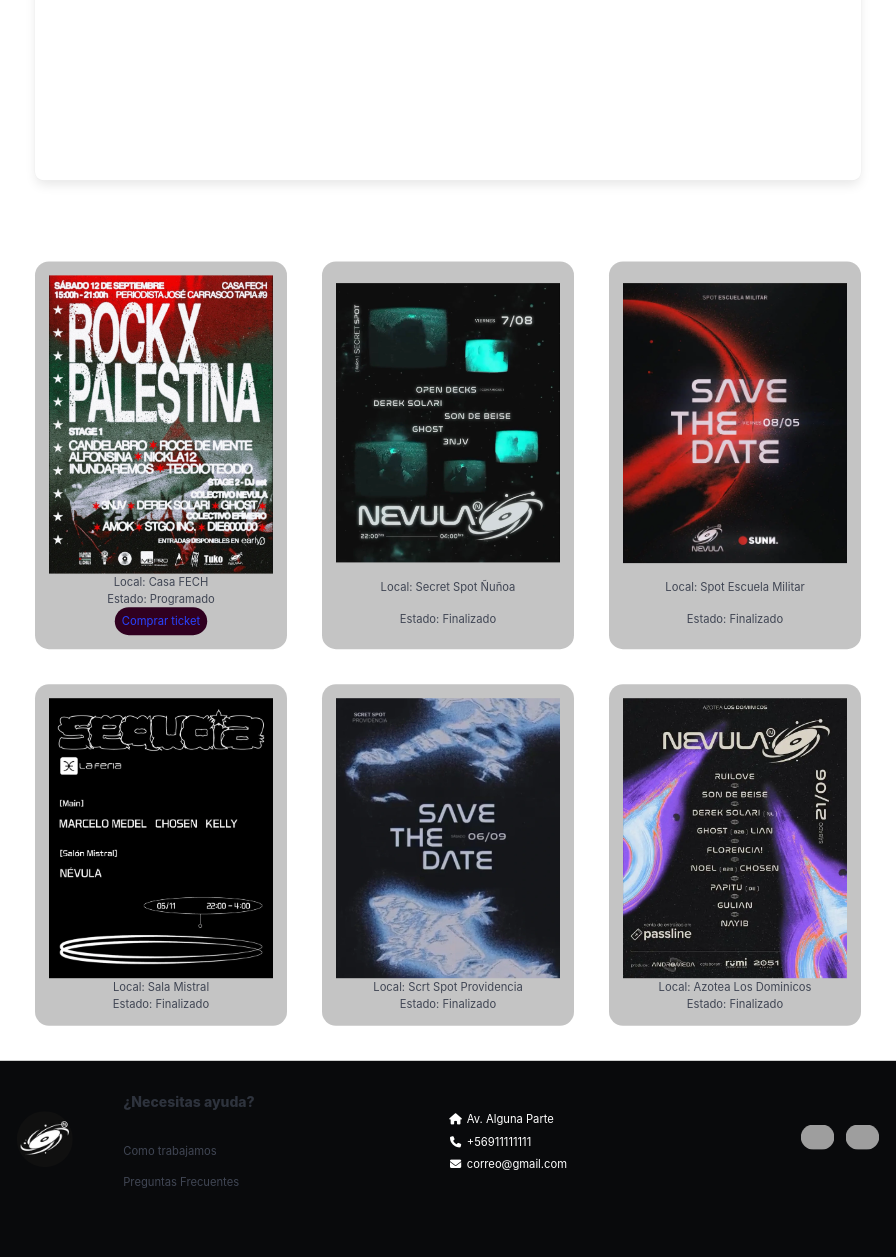
Repository: ChrisMalhue/PaginaNebula
Page: pages/eventos.html
These files come from the project's save history. The page is drawn as it stood at one moment and after a run of saves; the edit follows.
The browser window is 1280 px wide. The pictures show the part of the page from y = 808 to 2728 px (the page is 2603 px tall before and 3323 px after), at 70% of full size.
Pictures or frames that could not be fetched are drawn as grey boxes.

Above is the page before, as saved 2026-09-09 22:07:46.

### pages/eventos.html
<!DOCTYPE html>
<html lang="es">
<head>
    <meta charset="UTF-8">
    <meta name="viewport" content="width=device-width, initial-scale=1.0">
    <title>Eventos</title>
    <link rel="stylesheet" href="../styles/style.css">
    <link rel="stylesheet" href="https://cdn.jsdelivr.net/npm/bulma@1.0.4/css/bulma.min.css">
    <link rel="stylesheet" href="https://cdnjs.cloudflare.com/ajax/libs/font-awesome/6.5.1/css/all.min.css">
</head>
<body>
    <header id ="header"></header>

    <section id="trabajamos">

        <div class="trabajamos-item box mb-4">
                <p class="trabajamos-respuesta is-size-3 has-text-white">
                    En Nevula no improvisamos el viaje: cada evento parte con una órbita clara. Escuchamos tu idea, entendemos la energía que buscas y armamos el set pensando en tu público, no en una fórmula genérica. Llegamos con anticipación, probamos cada equipo y nos aseguramos de que todo esté listo para el despegue. Desde la primera conversación hasta el último track, trabajamos codo a codo contigo para que tu fiesta llegue nítida, potente y sin turbulencias.
                    <br>
                    <br>
                    Nuestro proceso es simple y directo:
                    <br>
                    <br>
                    1) Conocemos tu evento — hablamos contigo sobre el estilo, el público y la vibra que buscas.
                    <br>
                    2) Preparamos el set — seleccionamos música pensada exclusivamente para esa noche.
                    <br>
                    3) Llegamos antes — instalamos y probamos el equipo con tiempo de sobra.
                    <br>
                    4) Hacemos que la fiesta vuele — nos entregamos 100% para que la energía no baje hasta el final.
                </p>
        </div>
    </section>

    <section id="fotos">
        <div>
            <img src="/images/evento6.webp" alt="Evento 6">
            <p>Local: Casa FECH</p>
            <p>Estado: Programado</p>
            <a href="https://pro.byearly.com/"><button>Comprar ticket</button></a>
        </div>

        <div>
            <img src="/images/evento5.webp" alt="Evento 5">
            <p>Local: Secret Spot Ñuñoa</p>
            <p>Estado: Finalizado</p>
        </div>

        <div>
            <img src="/images/evento4.webp" alt="Evento 4">
            <p>Local: Spot Escuela Militar</p>
            <p>Estado: Finalizado</p>
        </div>

        <div>
            <img src="/images/evento3.webp" alt="Evento 3">
            <p>Local: Sala Mistral</p>
            <p>Estado: Finalizado</p>
        </div>

        <div>
            <img src="/images/evento2.webp" alt="Evento 2">
            <p>Local: Scrt Spot Providencia</p>
            <p>Estado: Finalizado</p>
        </div>

        <div>
            <img src="/images/evento1.webp" alt="Evento 1">
            <p>Local: Azotea Los Dominicos</p>
            <p>Estado: Finalizado</p>
        </div>
    </section>

        <section class="agregar box mt-4" id="agregar-evento">
        <div class="contenedor-agregar">

            <div class="campos-inputs">
                <div class="field">
                    <label class="label">Local del evento</label>
                    <div class="control">
                        <input class="input" type="text" id="local_evento" placeholder="Escribe aquí">
                    </div>
                </div>

                <div class="field">
                    <label class="label">Estado</label>
                    <div class="control">
                        <div class="select">
                            <select id="estado_evento">
                                <option value="Programado">Programado</option>
                                <option value="Finalizado">Finalizado</option>
                            </select>
                        </div>
                    </div>
                </div>

                <div class="field">
                    <label class="label">Imagen del evento</label>
                    <div class="control">
                        <input class="input" type="text" id="imagen_evento" placeholder="Pega el link aquí">
                    </div>
                </div>

                <div class="field">
                    <label class="label">Link para comprar entradas</label>
                    <div class="control">
                        <input class="input" type="text" id="link_evento" placeholder="Solo si está Programado">
                    </div>
                </div>
            </div>

            <div class="boton-contenedor">
                <button type="button" class="button is-primary" onclick="agregarEvento()">Agregar Evento</button>
            </div>

        </div>
    </section>
    <footer id="footer-container"></footer>
</body>
<script src="../scripts/script.js"></script>
</html>

### styles/style.css
@import "https://cdn.jsdelivr.net/npm/bulma@1.0.4/css/bulma.min.css";

.custom-navbar {
  /* Lienas encargadas del degradado */
  background: linear-gradient(to right, #000000 0%, #150036 40%, #1c004a 100%) !important;
  width: 100%;
  padding-right: 1.5rem;;
}

header{
  position: sticky;
  top: 0;
  z-index: 100; /* Esto es para que el header siempre quede al frente y no se bugee la pag al scrollear hacia abajo */
}

/* Forzar que las columnas de nebula ocupen todo el ancho */
.custom-navbar .container.columns {
  display: flex !important;
  width: 100%;
  max-width: 100% !important;   /* Esta linea salvo la pagina, estaba mal el header y con esto se centro bien*/
}

/* Seccion del logo a continuacion */

.logo-seccion {
  flex-shrink: 0; /* El shrink hace que el logo no se achique */
  margin-left: 40px;
}

.logo-texto {
  color: #ffffff !important;
  font-size: 1.3rem;
  font-weight: bold;
  display: flex;
  align-items: center;
  gap: 10px;
}

.andlogo{
  width: 80px;
  border-radius: 500px;
}

.menu-seccion {
  display: flex !important;
  justify-content: center !important;
  align-items: center !important;
  flex-grow: 1; /* Esto hace que ocupe todo el espacio entre los links */
  gap: 30px;    /* esto es para el espacio horizontal */
}

.nav-link {
  color: #ffffff !important;
  text-decoration: none;
  font-size: 0.95rem;
  font-weight: 500;
  padding: 5px 0;
  transition: color 0.3s ease;
  white-space: nowrap; /* esto evita que lo largo se separe en 2 lineas */
}

/* Body comienza aqui abajo*/

/* Contenedor, video y texto*/

/* Contenedor: centrado vertical en vez de flex-start, se ve más equilibrado */
.contenedor{
  display: flex;
  align-items: center;
  min-height: 800px;
  gap: 40px;
  padding-top: 60px;
  padding-bottom: 60px;
  background: linear-gradient(to bottom, #000000 0%, #1c004a 35%, #1b0036 70%, #690046 100%) !important;
}

/* Vídeo */
.video-box{
  background-size: cover;
  background-position: center;
  width: 50%;
  height: 700px;
  margin-left: 40px;
  border-radius: 90px;
}

/* Texto alineado a la izquierda, con ancho máximo para que no se disperse */
.texto-box{
  display: flex;
  align-items: flex-start;
  flex-direction: column;
  gap: 24px;
  max-width: 550px;
  padding-right: 40px;
}

/* Título Nevula */
.texto-box h1{
  color: #ffffff;
  font-weight: 700;
  font-size: clamp(2.5rem, 5vw, 4rem);
  letter-spacing: 4px;
  text-transform: uppercase;
  margin: 0;
}

/* Primer párrafo */
.texto-box p {
  color: rgba(255, 255, 255, 0.75);
  font-size: 1.05rem;
  line-height: 1.7;
  margin: 0;
}

/* Segundo párrafo */
.texto-box p:last-of-type {
  color: #ffffff;
  font-weight: 600;
  font-size: 1.15rem;
}

/* Elegirnos */
#elegirnos h2{
  text-align: center;
  margin-top: 20px;
  color: #020202;
  font-weight: 700;
  font-size: clamp(2.5rem, 5vw, 4rem);
  letter-spacing: 4px;
  text-transform: uppercase;
}

#elegirnos-grid{
  display: grid;
  flex-wrap: wrap;
  grid-template-columns: 1fr 1fr 1fr;
  column-gap: 50px;
  row-gap: 50px;
  margin: 50px;
}

#elegirnos-grid img{
  width: 130px;
}

#elegirnos-grid div{
  display: flex;
  flex-direction: column;
  justify-content: space-around;
  align-items: center;
  background-color: #3636364b;
  border-radius: 20px;
  padding: 20px;
}

/* Historial de Eventos */
#fotos{
  display: grid;
  flex-wrap: wrap;
  grid-template-columns: 1fr 1fr 1fr;
  column-gap: 50px;
  row-gap: 50px;
  margin: 50px;
}

#fotos div{
  display: flex;
  flex-direction: column;
  justify-content: space-around;
  align-items: center;
  background-color: #3636364b;
  border-radius: 20px;
  padding: 20px;
}

#fotos div:hover{
  color: white;
  background-color: #240049ab;
  transition: 0.3s;
}

#fotos div button{
  background-color: #300020;
  padding: 10px;
  border-radius: 20px;
}

#fotos div button:hover{
  background-color: #5c003d;
  transition: 0.3s;
}

.trabajamos-item{
  width: 1500px;
}

#trabajamos{
  display: flex;
  align-items: center;
  justify-content: center;
  padding: 50px;
}

.trabajamos-respuesta{
  text-align: justify;
}

/* CSS de footer */
.footer{
  padding: 40px 20px;
}

.andlogo{
  max-width: 120px;
  height: auto;
}

.gap-2{
  gap: 8px;
}

.gap-3{
  gap: 16px;
}

/* Media queries */
@media screen and (max-width: 768px) {
.footer .columns {
  flex-direction: column;
  align-items: center;
  text-align: center;
}



.footer .column {
  margin-left: 0 !important;
  margin-bottom: 1.5rem;
  width: 100%;
}



.footer .is-flex {
  justify-content: center !important;
}

}

### scripts/script.js
// Header

function inyectarHeader(){

    document.getElementById("header").innerHTML = `
    <nav class="custom-navbar py-3">
        <div class="container columns is-vcentered is-mobile m-0">

            <!-- Sección 1: Logotipo (Izquierda) -->
            <section class="column is-narrow p-0 logo-seccion">
                <h1 class="logo-texto">
                  <a href="/index.html">
                    <img class="andlogo" src="/images/logo.webp">
                  </a>
                </h1>
            </section>

            <!-- Sección 2: Enlaces (Centro) -->
            <section class="column is-flex is-justify-content-center p-0 menu-seccion">
                <a class="nav-link is-active" href="../index.html">Home</a>
                <a class="nav-link" href="../index.html#quienes">Quienes somos</a>
                <a class="nav-link" href="../index.html#elegirnos">Por que elegirnos</a>
                <a class="nav-link" href="../pages/eventos.html#trabajamos">Como trabajamos</a>
                <a class="nav-link" href="../pages/eventos.html#fotos">Galeria de eventos</a>
                <a class="nav-link" href="../pages/faqcotiza.html#faq">FAQ</a>
                <a class="nav-link" href="../pages/faqcotiza.html#cotizacion">Cotizacion</a>
            </section>

            <section class="sin_cuenta">
              <a class="nav-link" href="../pages/inicio_secion.html">Iniciar sesion</a>
            </section>

            <section class="con_cuenta">
              <button onclick="cerrarSesion()">Cerrar sesion</button>
            </section>


        </div>
    </nav>`;

    // Aqui vemos si hay alguna sesion creada para despues mosrtar el boton que toque
    const estaLogueado = localStorage.getItem("logueado") === "true";
    const sinCuenta = document.querySelector(".sin_cuenta");
    const conCuenta = document.querySelector(".con_cuenta");

    if (estaLogueado) {
        sinCuenta.style.display = "none";
        conCuenta.style.display = "flex";
    } else {
        sinCuenta.style.display = "flex";
        conCuenta.style.display = "none";
    }

}

// Funciones medias

function recibirDatos(event) {
    event.preventDefault(); // Evita que la página se recargue y se pierda la información

    // Muestra el cuadro nativo con tu mensaje personalizado
    alert("Recibimos tu solicitud, te contactaremos en breve.");

    // Deja todos los campos del formulario completamente vacíos
    event.target.reset();
}

function recibirDatosLogin(event) {
    event.preventDefault();

    const usuarioValido = "admin";
    const contrasenaValida = "1234";

    const form = event.target;
    const usuarioIngresado = document.getElementById("usuario").value;
    const contrasenaIngresada = document.getElementById("contrasena").value;

    if (usuarioIngresado === usuarioValido && contrasenaIngresada === contrasenaValida) {
        localStorage.setItem("logueado", "true");
        window.location.href = "../index.html";
    } else {
        alert("Usuario o contraseña incorrecto");
    }
}

function cerrarSesion() {
    localStorage.removeItem("logueado");
    window.location.href = "../index.html";
}

// Footer

function inyectaFooter(){

  const footerHTML = `
    <footer class="footer has-background-black has-text-white">
    <div class="columns is-vcentered is-justify-content-space-between">
      <div class="column is-narrow">
        <a href="/index.html">
          <img class="andlogo" src="/images/logo.webp">
        </a>
      </div>
      <div class="column is-narrow ml-6">
        <p class="title is-5">¿Necesitas ayuda?</p>
        <br>
        <p class="subtitle is-6"><a class="has-text-current" href="/pages/eventos.html">Como trabajamos</a></p>
        <p class="subtitle is-6"><a class="has-text-current" href="/pages/faqcotiza.html">Preguntas Frecuentes</a></p>
      </div>

      <div class="column is-flex is-justify-content-flex-end">
        <div class="is-flex is-flex-direction-column gap-2">
          <span class="icon-text">
            <span class="icon"><i class="fa-solid fa-house"></i></span>
            <span>Av. Alguna Parte</span>
          </span>
          <span class="icon-text">
            <span class="icon"><i class="fa-solid fa-phone"></i></span>
            <span>+56911111111</span>
          </span>
          <span class="icon-text">
            <span class="icon"><i class="fa-solid fa-envelope"></i></span>
            <span>correo@gmail.com</span>
          </span>
        </div>
      </div>
      <div class="column is-flex is-justify-content-flex-end">
        <div class="is-flex is-flex-direction-row is-align-items-center gap-3">
          <a href="https://www.instagram.com/nevula.scl/" target="_blank">
            <figure class="image is-48x48">
              <img class="is-rounded" src="https://encrypted-tbn0.gstatic.com/images?q=tbn:ANd9GcR8HUwsS-_LkMQoYL66F7AUH5X4HwhDjzCNMg-_jlvPxQ&s=10" />
            </figure>
          </a>
          <a href="https://www.youtube.com/channel/UCa-jOKgfq2FLccvHXteRdpQ" target="_blank">
            <figure class="image is-48x48">
              <img class="is-rounded" src="https://www.icosix.com/uploads/icons/2025/09/youtube.png" />
            </figure>
          </a>
        </div>
      </div>
    </div>
  </footer>`;

  const container = document.getElementById('footer-container');
  if (container) {
    container.innerHTML = footerHTML;
  }
}

// Funcion de eventos

function agregarEvento() {

    const local = document.getElementById("local_evento").value;
    const estado = document.getElementById("estado_evento").value;
    const imagen = document.getElementById("imagen_evento").value;
    const link = document.getElementById("link_evento").value;

    // Validacion de campos vacios
    if (!local || !imagen) {
        alert("Por favor completa el local y la imagen del evento.");
        return;
    }

    if (estado === "Programado" && !link) {
        alert("Los eventos Programados necesitan un link para comprar entradas.");
        return;
    }

    const contenedorFotos = document.getElementById("fotos");

    // Parecido al trabajo de cartas, se crea el contenedor
    const nuevoEvento = document.createElement("div");

    // el boton de comrpa se muestra solo si el estado agregado es programado
    const botonHTML = estado === "Programado"
        ? `<a href="${link}" target="_blank"><button>Comprar ticket</button></a>`
        : "";

    nuevoEvento.innerHTML = `
        <img src="${imagen}" alt="${local}">
        <p>Local: ${local}</p>
        <p>Estado: ${estado}</p>
        ${botonHTML}
    `;

    contenedorFotos.prepend(nuevoEvento);

    // Limpiamos el formulario
    document.getElementById("local_evento").value = "";
    document.getElementById("imagen_evento").value = "";
    document.getElementById("link_evento").value = "";
}

function controlarVistaAdmin() {
    const estaLogueado = localStorage.getItem("logueado") === "true";
    const seccionAgregar = document.getElementById("agregar-evento");

    if (seccionAgregar) {
        seccionAgregar.style.display = estaLogueado ? "block" : "none";
    }
}

inyectaFooter();
inyectarHeader();
controlarVistaAdmin();

After the next 2 saves:
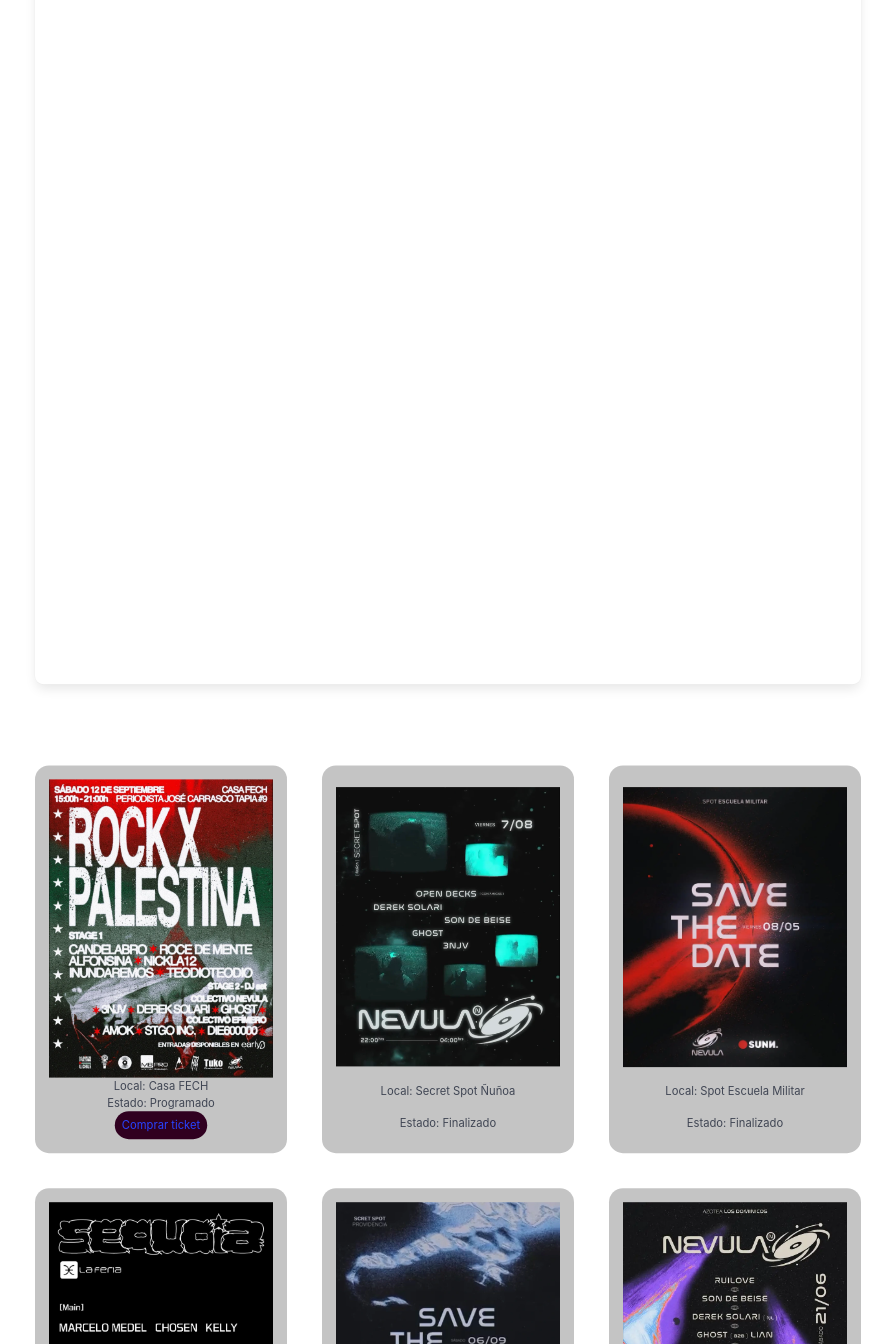
The 2 saves are shown as one change because they came seconds apart.
The last was saved 9 s later.
--- a/pages/eventos.html
+++ b/pages/eventos.html
@@ -14,7 +14,7 @@
     <section id="trabajamos">
 
         <div class="trabajamos-item box mb-4">
-                <p class="trabajamos-respuesta is-size-3 has-text-white">
+                <p class="trabajamos-respuesta is-size-1 has-text-white">
                     En Nevula no improvisamos el viaje: cada evento parte con una órbita clara. Escuchamos tu idea, entendemos la energía que buscas y armamos el set pensando en tu público, no en una fórmula genérica. Llegamos con anticipación, probamos cada equipo y nos aseguramos de que todo esté listo para el despegue. Desde la primera conversación hasta el último track, trabajamos codo a codo contigo para que tu fiesta llegue nítida, potente y sin turbulencias.
                     <br>
                     <br>
